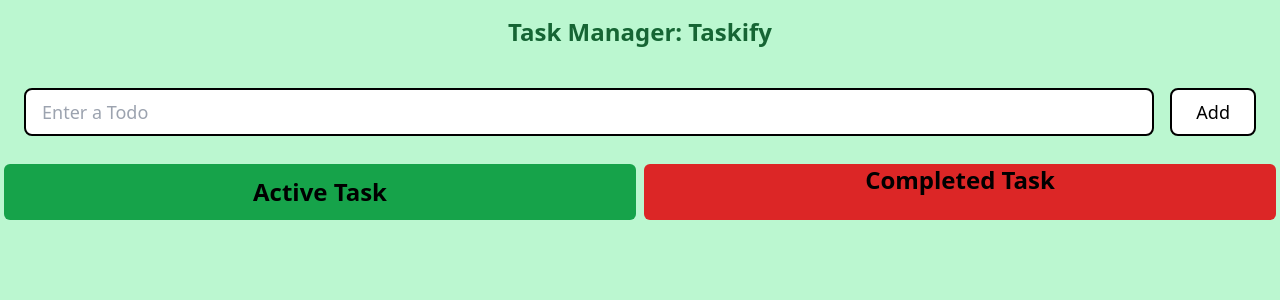
Repository: Dineshbhandari2023/Todo
Page: /
The author's editor kept a copy of each file at every save. The page is drawn from the files as they stood at one save, then again after the next save.
The browser window is 1280 px wide. The pictures show the whole page.
Some web fonts or font styles are not loaded; a fallback is used. The project was rebuilt for these pictures with package versions that can differ from the ones it lists, and the page was loaded fresh each time. Also part of the build but not shown: src/Components/SingleTodo.tsx.

Above is the page before, as saved 2025-06-19 22:04:36.

### src/App.tsx
import React, { useState } from "react";
import "./App.css";
import InputFields from "./Components/InputFields";
import { Todo } from "./model";
import TodoList from "./Components/TodoList";

// //Learning Types
// let name: string;
// let age: number;
// let hobbies: string[];
// let role: [number, number, string];

// // Objects Can be defined using: types or interface
// type Animal = {
//   name: string;
//   age: number;
//   color?: string;
// };

// let myAnimal: Animal = {
//   name: "Dog",
//   age: 3,
//   color: "Brown",
// };

// let Animals: Animal[];

// //defining function in ts
// function printAnything(Animal: string) {
//   console.log(Animal);
// }

// printAnything("DOG");

const App: React.FC = () => {
  const [todo, setTodo] = useState<string>("");
  const [todos, setTodos] = useState<Todo[]>([]);

  const handleAdd = (e: React.FormEvent) => {
    e.preventDefault();
    if (todo) {
      setTodos([...todos, { id: Date.now(), todo: todo, isDone: false }]);
      setTodo("");
    }
  };
  console.log(todos);

  return (
    <div className="bg-green-200 h-screen">
      <h1 className="font-extrabold text-center text-green-800 text-2xl p-4">
        Task Manager: Taskify
      </h1>
      <InputFields todo={todo} setTodo={setTodo} handleAdd={handleAdd} />
      <TodoList todos={todos} setTodos={setTodos} />
    </div>
  );
};

export default App;

### src/App.css
@import url("https://fonts.googleapis.com/css2?family=Montserrat:ital@0;1&family=Savate:ital,wght@0,200..900;1,200..900&display=swap");

.App {
  text-align: center;
  font-family: "Montserrat", sans-serif;
}

### src/Components/InputFields.tsx
import React, { useRef } from "react";

interface Props {
  todo: string;
  setTodo: React.Dispatch<React.SetStateAction<string>>;
  handleAdd: (e: React.FormEvent) => void;
}

const InputFields = ({ todo, setTodo, handleAdd }: Props) => {
  const inputRef = useRef<HTMLInputElement>(null);
  return (
    <form
      className="flex gap-4 m-6"
      onSubmit={(e) => {
        handleAdd(e);
        inputRef.current?.blur();
      }}
    >
      <input
        ref={inputRef}
        type="text"
        value={todo}
        onChange={(e) => setTodo(e.target.value)}
        placeholder="Enter a Todo"
        className="flex-1 px-4 py-2 border-2 border-black rounded-lg text-lg focus:outline-none focus:ring-2 focus:ring-blue-500"
      />
      <button
        className="px-6 py-2 bg-white border-2 border-black rounded-lg text-lg font-medium hover:bg-blue-600 focus:outline-none focus:ring-2 focus:ring-blue-500"
        type="submit"
      >
        Add
      </button>
    </form>
  );
};

export default InputFields;

### src/Components/TodoList.tsx
import React from "react";
import { Todo } from "../model";
import SingleTodo from "./SingleTodo";

interface Props {
  todos: Todo[];
  setTodos: React.Dispatch<React.SetStateAction<Todo[]>>;
}

const TodoList = ({ todos, setTodos }: Props) => {
  return (
    <div className="flex justify-between">
      <div className="w-2/4 bg-green-600 rounded-md m-1">
        <h1 className="text-center text-2xl font-extrabold p-3">Active Task</h1>
        <div>
          {todos.map((todo) => (
            <SingleTodo
              todo={todo}
              key={todo.id}
              todos={todos}
              setTodos={setTodos}
            />
          ))}
        </div>
      </div>
      <div className="w-2/4 bg-red-600 rounded-md m-1">
        <h1 className="text-center text-2xl font-extrabold">Completed Task</h1>
        <div>
          {todos.map((todo) => (
            <SingleTodo
              todo={todo}
              key={todo.id}
              todos={todos}
              setTodos={setTodos}
            />
          ))}
        </div>
      </div>
    </div>
  );
};

export default TodoList;

Loaded but not shown: public/index.html (common file); src/index.tsx (common file); src/index.css (common file); tailwind.config.js (common file)

After the next save:
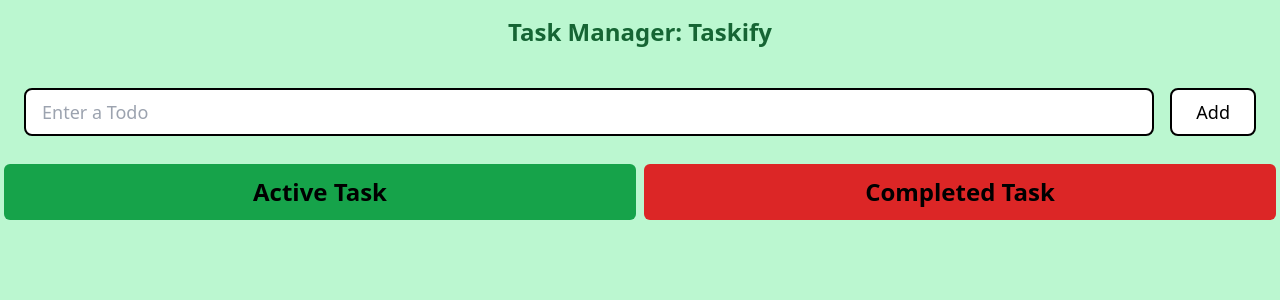
Saved 6 s later.
--- a/src/Components/TodoList.tsx
+++ b/src/Components/TodoList.tsx
@@ -24,7 +24,9 @@ const TodoList = ({ todos, setTodos }: Props) => {
         </div>
       </div>
       <div className="w-2/4 bg-red-600 rounded-md m-1">
-        <h1 className="text-center text-2xl font-extrabold">Completed Task</h1>
+        <h1 className="text-center text-2xl font-extrabold p-3">
+          Completed Task
+        </h1>
         <div>
           {todos.map((todo) => (
             <SingleTodo
